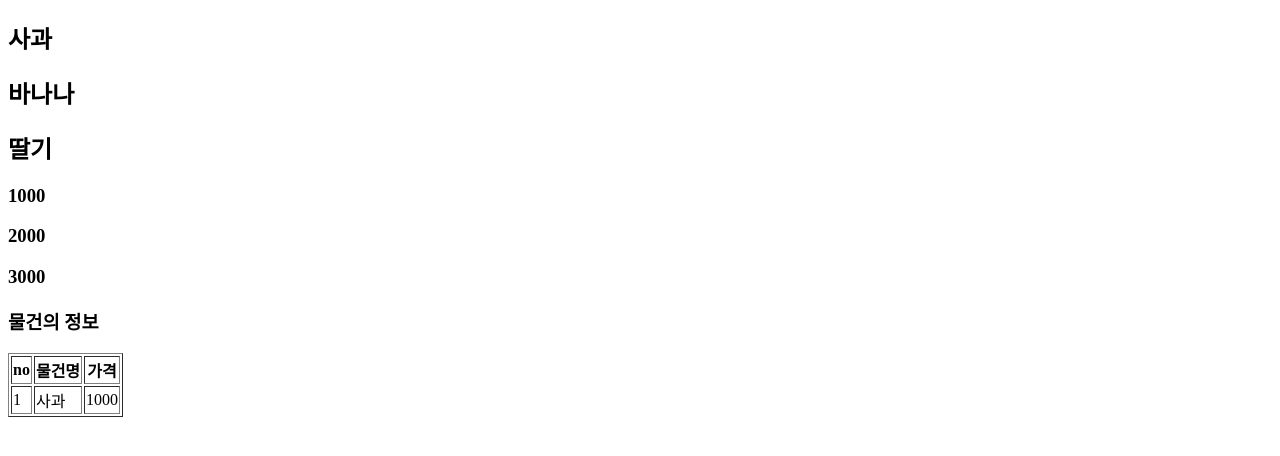
Repository: buildadoor/eclipse
Page: http://localhost/jspexp/a02_jsp/a01_begin/a03_loop.jsp
These files come from the project's save history. The page is drawn as it stood at one moment and after the next save; the edit follows.
The browser window is 1280 px wide. The pictures show the whole page.
The page is served by Tomcat 9. Other server files are loaded and not shown.

Above is the page before, as saved 2022-11-14 06:43:55.

### jspexp/src/main/webapp/a02_jsp/a01_begin/a03_loop.jsp
<%@ page language="java" contentType="text/html; charset=UTF-8"
    pageEncoding="UTF-8"%>
<!DOCTYPE html>
<html>
<head>
<meta charset="UTF-8">
<title>Insert title here</title>
</head>
<body>
<%--
# jsp에서 조건문과 반복문 처리
1. 반복문 처리
	1) 자바코드는 scriptlet에 넣고, 출력하는 부분은 expression에 넣어
		구분하여 처리..
	2) 처리 순서
		- 한 단위 기본 코드를 만든다.
		- 출력할 부분을 index0으로 처리해본다.
 		- 출력 내용을 위아래나 java코드는 <%%>로 감싸준다.
		- 반복문의 기본 형식을 아래 위로 넣는다.
		- index부분을 변수로 처리해준다.
 --%>
 <%
 	String[]arry={"사과","바나나","딸기"};
 //	for(String fruit:arry){
 	//	System.out.println(fruit);
 //	}
 %>
 	<%for(String fruit:arry){%>

 	<h2><%=fruit%></h2>
	<%}%>
<%--ex) 가격을 배열로 만들고, 반복문을 통해서 h3로 출력하세요--%>

<%
	int[]prices={1000,2000,3000};
	for(int idx=0; idx<prices.length;idx++){
		System.out.println(arry[idx]+":"+prices[idx]);
	}


%>
	<%for(int idx=0; idx<prices.length;idx++){%>

 	<h3><%=prices[idx]%></h3>
	<%}%>
<h3>물건의 정보</h3>
<table style="border-collapse-collapse" border>
	<tr><th>no</th><th>물건명</th><th>가격</th></tr>
	<tr><td><%=1 %></td><td><%=arry[0] %></td><td><%=prices[0] %></td></tr>
</table>
</body>
</html>

After the next save:
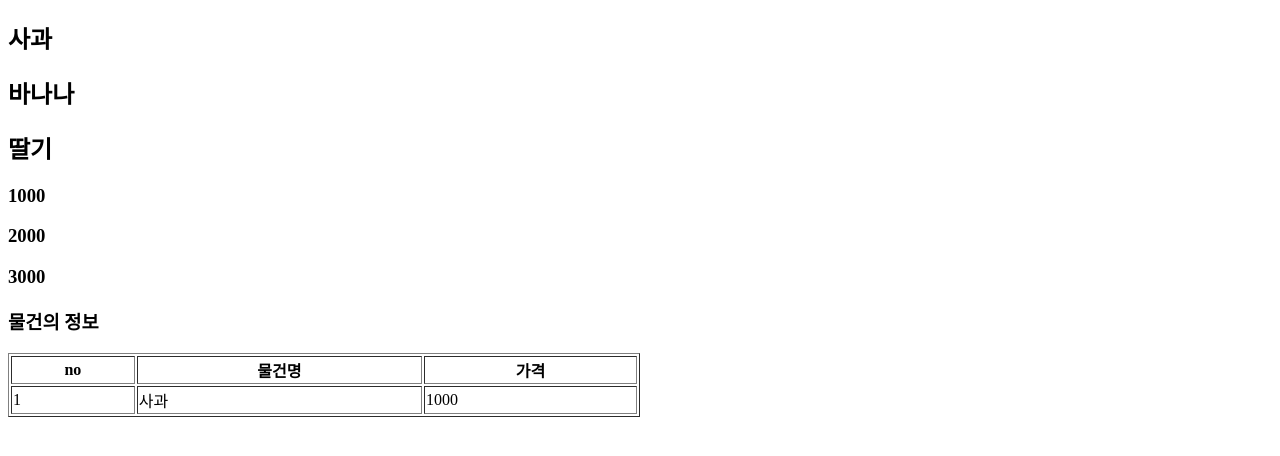
Saved 27 s later.
--- a/jspexp/src/main/webapp/a02_jsp/a01_begin/a03_loop.jsp
+++ b/jspexp/src/main/webapp/a02_jsp/a01_begin/a03_loop.jsp
@@ -44,9 +44,11 @@
  	<h3><%=prices[idx]%></h3>
 	<%}%>
 <h3>물건의 정보</h3>
-<table style="border-collapse-collapse" border>
+<table width="50%" style="border-collapse-collapse" border>
 	<tr><th>no</th><th>물건명</th><th>가격</th></tr>
-	<tr><td><%=1 %></td><td><%=arry[0] %></td><td><%=prices[0] %></td></tr>
+	<tr><td><%=1 %></td>
+	<td><%=arry[0] %></td>
+	<td><%=prices[0] %></td></tr>
 </table>
 </body>
 </html>
